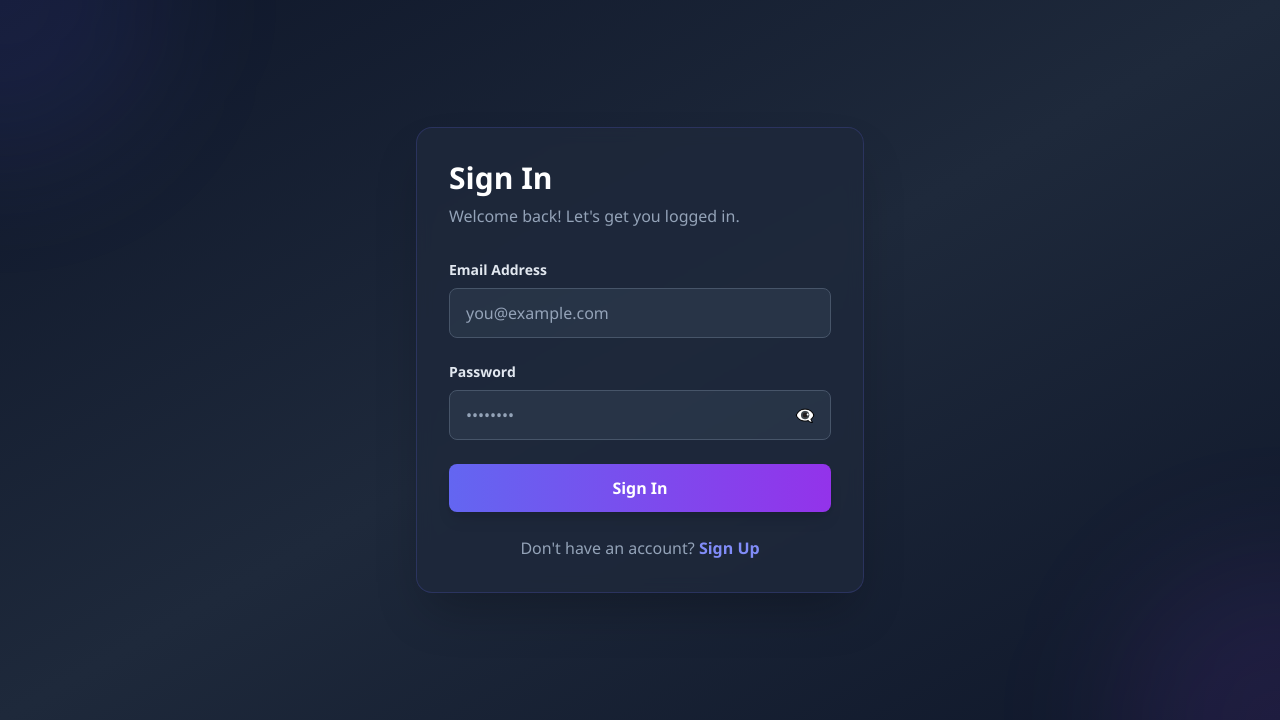
Repository: Nikhithapeddi/SocialMediaPlatform
Page: /login (app in smp-frontend/)
These files come from the project's save history. The page is drawn as it stood at one moment and after the next save; the edit follows.
The browser window is 1280 px wide. The pictures show the whole page.
The project was rebuilt for these pictures with package versions that can differ from the ones it lists, and the page was loaded fresh each time. Also part of the build but not shown: smp-frontend/vite.config.js, smp-frontend/src/pages/LandingPage.jsx, smp-frontend/src/pages/SignupPage.jsx, smp-frontend/src/pages/DashboardPage.jsx.

Above is the page before, as saved 2025-11-14 16:27:56.

After the next save:
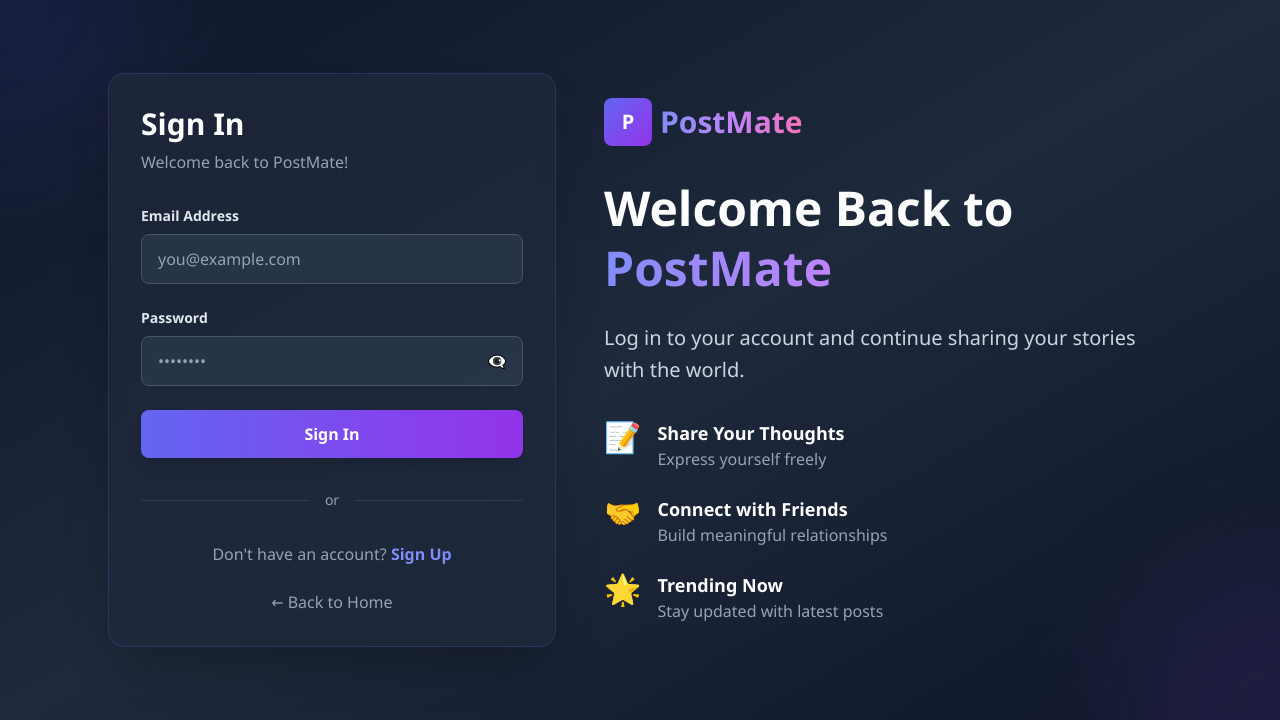
Saved 119 s later.
--- a/smp-frontend/src/pages/LoginPage.jsx
+++ b/smp-frontend/src/pages/LoginPage.jsx
@@ -72,26 +72,23 @@
 
   return (
     <div className="min-h-screen bg-gradient-to-br from-slate-900 via-slate-800 to-slate-900 flex items-center justify-center px-6 relative overflow-hidden">
-
       {/* Background Elements */}
       <div className="absolute inset-0 overflow-hidden">
         <div className="absolute -top-40 -left-40 w-80 h-80 bg-indigo-500/10 rounded-full blur-3xl"></div>
         <div className="absolute -bottom-40 -right-40 w-80 h-80 bg-purple-500/10 rounded-full blur-3xl"></div>
       </div>
 
-      {/* Right Side - Login Form */}
-      <div className="w-full lg:w-1/2 max-w-md relative z-10">
+      {/* Left Side - Login Form */}
+      <div className="w-full lg:w-1/2 max-w-md relative z-10 order-2 lg:order-1">
         <div className="bg-slate-800/80 backdrop-blur border border-indigo-500/20 rounded-2xl p-8 shadow-2xl">
-
           {/* Header */}
           <div className="mb-8">
             <h1 className="text-3xl font-black text-white mb-2">Sign In</h1>
-            <p className="text-slate-400">Welcome back! Let's get you logged in.</p>
+            <p className="text-slate-400">Welcome back to PostMate!</p>
           </div>
 
           {/* Form */}
           <form onSubmit={handleSubmit} className="space-y-6">
-
             {/* Email Input */}
             <div>
               <label htmlFor="email" className="block text-sm font-semibold text-slate-200 mb-2">
@@ -148,11 +145,17 @@
             >
               {loading ? 'Signing In...' : 'Sign In'}
             </button>
-
           </form>
 
+          {/* Divider */}
+          <div className="my-8 flex items-center gap-4">
+            <div className="flex-1 h-px bg-slate-600/50"></div>
+            <span className="text-sm text-slate-400">or</span>
+            <div className="flex-1 h-px bg-slate-600/50"></div>
+          </div>
+
           {/* Sign Up Link */}
-          <p className="text-center text-slate-400 mt-6">
+          <p className="text-center text-slate-400">
             Don't have an account?{' '}
             <Link
               to="/signup"
@@ -162,6 +165,48 @@
             </Link>
           </p>
 
+          {/* Back to Home */}
+          <Link
+            to="/"
+            className="block text-center mt-6 text-slate-400 hover:text-slate-300 transition-colors font-medium"
+          >
+            ← Back to Home
+          </Link>
+        </div>
+      </div>
+
+      {/* Right Side - Info */}
+      <div className="hidden lg:flex lg:w-1/2 flex-col justify-center items-start relative z-10 order-1 lg:order-2 pl-12">
+        <Link to="/" className="flex items-center gap-2 mb-8">
+          <div className="w-12 h-12 bg-gradient-to-br from-indigo-500 to-purple-600 rounded-lg flex items-center justify-center font-bold text-white text-xl">
+            P
+          </div>
+          <span className="text-3xl font-bold bg-gradient-to-r from-indigo-400 via-purple-400 to-pink-400 bg-clip-text text-transparent">
+            PostMate
+          </span>
+        </Link>
+
+        <h2 className="text-5xl font-black mb-6 text-white leading-tight">
+          Welcome Back to <span className="bg-gradient-to-r from-indigo-400 to-purple-400 bg-clip-text text-transparent">PostMate</span>
+        </h2>
+        <p className="text-xl text-slate-300 mb-8 leading-relaxed">
+          Log in to your account and continue sharing your stories with the world.
+        </p>
+
+        <div className="space-y-6">
+          {[
+            { icon: '📝', title: 'Share Your Thoughts', desc: 'Express yourself freely' },
+            { icon: '🤝', title: 'Connect with Friends', desc: 'Build meaningful relationships' },
+            { icon: '🌟', title: 'Trending Now', desc: 'Stay updated with latest posts' },
+          ].map((item, idx) => (
+            <div key={idx} className="flex gap-4">
+              <span className="text-3xl">{item.icon}</span>
+              <div>
+                <h4 className="font-bold text-white text-lg">{item.title}</h4>
+                <p className="text-slate-400">{item.desc}</p>
+              </div>
+            </div>
+          ))}
         </div>
       </div>
     </div>
